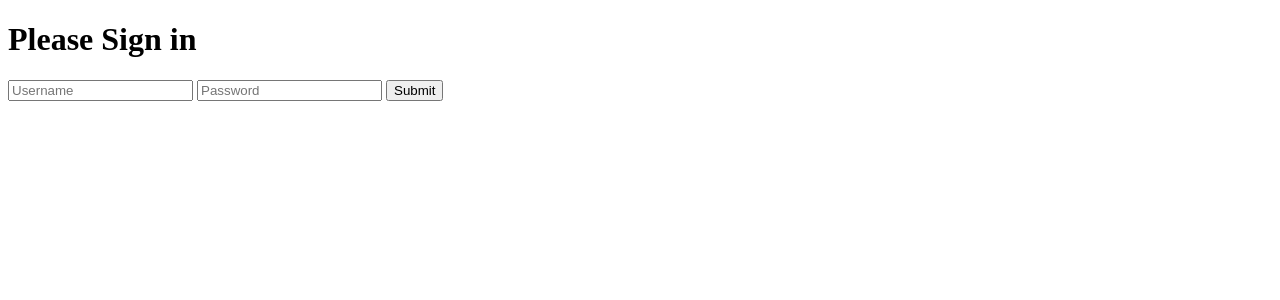
Repository: qazix/cs313
Page: http://localhost/inClassSignIn/signIn.jsp
An editor plug-in stored every save of this project. The page is shown before and after the next save, followed by the edit.
The browser window is 1280 px wide. The pictures show the whole page.
The page is served by Tomcat 9.

Above is the page before, as saved 2014-03-04 17:23:14.

After the next save:
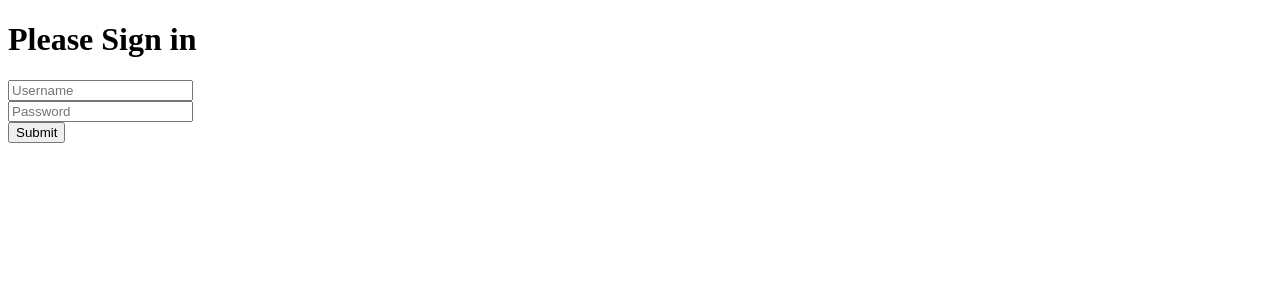
Saved 44 s later.
--- a/inClassSignIn/WebContent/signIn.jsp
+++ b/inClassSignIn/WebContent/signIn.jsp
@@ -9,8 +9,8 @@
 <body>
 	<h1>Please Sign in</h1>
 	<form method="POST" action="/servlet">
-		<input placeholder="Username" type="text" name="username"/>
-		<input placeholder="Password" type="text" name="pass"/>
+		<input placeholder="Username" type="text" name="username"/><br/>
+		<input placeholder="Password" type="text" name="pass"/><br/>
 		<button>Submit</button>
 	</form>
 </body>
